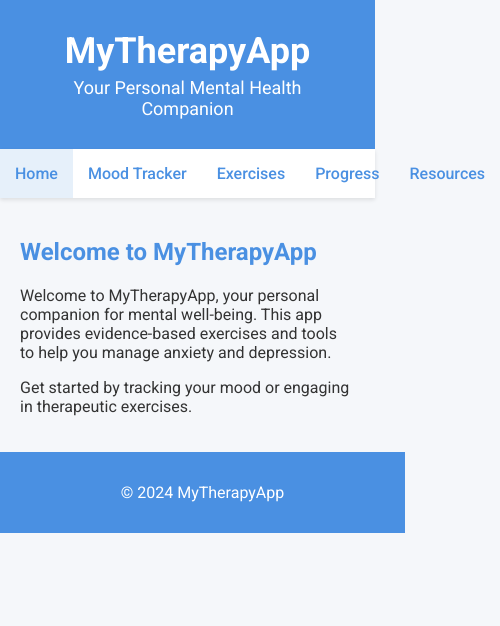
Repository: Abhisach687/therapy_app
Page: index.html
The author's editor kept a copy of each file at every save. The page is drawn from the files as they stood at one save, then again after the next save.
The browser window is 375 px wide. The page is 500 px wide, then 375 px, so the pictures cover 500 px, including what lies to the right of the window. The pictures show the whole page.

Above is the page before, as saved 2024-09-23 09:24:21.

### index.html
<!DOCTYPE html>
<html lang="en">
  <head>
    <meta charset="UTF-8" />
    <title>MyTherapyApp</title>
    <meta name="viewport" content="width=device-width, initial-scale=1.0" />
    <!-- Include Google Fonts -->
    <link
      href="https://fonts.googleapis.com/css?family=Roboto:400,500,700&display=swap"
      rel="stylesheet"
    />
    <!-- Link to CSS -->
    <link rel="stylesheet" href="style.css" />
  </head>
  <body>
    <header>
      <h1>MyTherapyApp</h1>
      <p>Your Personal Mental Health Companion</p>
    </header>

    <nav>
      <ul>
        <li><a href="#" id="homeLink">Home</a></li>
        <li><a href="#" id="moodTrackerLink">Mood Tracker</a></li>
        <li><a href="#" id="exercisesLink">Exercises</a></li>
        <li><a href="#" id="progressLink">Progress</a></li>
        <li><a href="#" id="resourcesLink">Resources</a></li>
      </ul>
    </nav>

    <main id="mainContent">
      <!-- Content will be dynamically loaded here -->
    </main>

    <footer>
      <p>&copy; 2024 MyTherapyApp</p>
    </footer>

    <!-- Link to JavaScript -->
    <script src="script.js"></script>
  </body>
</html>

### style.css
/* style.css */

/* Import Google Font */
@import url("https://fonts.googleapis.com/css?family=Roboto:400,500,700&display=swap");

body {
  margin: 0;
  font-family: "Roboto", sans-serif;
  background-color: #f5f7fa;
  color: #333;
}

header {
  background-color: #4a90e2;
  color: white;
  padding: 30px;
  text-align: center;
}

header h1 {
  margin: 0;
  font-size: 36px;
}

header p {
  margin: 5px 0 0;
  font-size: 18px;
}

nav {
  background-color: #ffffff;
  box-shadow: 0 2px 4px rgba(0, 0, 0, 0.1);
}

nav ul {
  display: flex;
  list-style-type: none;
  margin: 0;
  padding: 0;
}

nav ul li {
  flex: 1;
}

nav ul li a {
  display: block;
  color: #4a90e2;
  text-align: center;
  padding: 15px;
  text-decoration: none;
  font-weight: 500;
}

nav ul li a:hover,
nav ul li a.active {
  background-color: #e6f0fa;
}

main {
  padding: 20px;
  max-width: 800px;
  margin: 0 auto;
}

footer {
  background-color: #4a90e2;
  color: white;
  text-align: center;
  padding: 15px;
  position: relative;
  bottom: 0;
  width: 100%;
}

button {
  background-color: #4a90e2;
  color: white;
  border: none;
  padding: 12px 20px;
  cursor: pointer;
  margin-top: 10px;
  font-size: 16px;
  border-radius: 4px;
}

button:hover {
  background-color: #357ab8;
}

input,
textarea,
select {
  width: 100%;
  padding: 12px;
  margin: 8px 0;
  box-sizing: border-box;
  font-size: 16px;
  border: 1px solid #ccc;
  border-radius: 4px;
}

#entries,
#exerciseContent,
#progressContent {
  margin-top: 20px;
}

.entry {
  background-color: #ffffff;
  padding: 15px;
  margin-bottom: 15px;
  border-radius: 4px;
  border: 1px solid #e0e0e0;
}

h2,
h3 {
  color: #4a90e2;
}

label {
  font-weight: 500;
}

@media screen and (max-width: 600px) {
  nav ul li {
    flex: none;
  }
}

### script.js
/* script.js */

// Navigation Links
const homeLink = document.getElementById("homeLink");
const moodTrackerLink = document.getElementById("moodTrackerLink");
const exercisesLink = document.getElementById("exercisesLink");
const progressLink = document.getElementById("progressLink");
const resourcesLink = document.getElementById("resourcesLink");

// Main Content Area
const mainContent = document.getElementById("mainContent");

// Event Listeners for Navigation
homeLink.addEventListener("click", (e) => {
  e.preventDefault();
  setActiveLink(homeLink);
  loadHome();
});
moodTrackerLink.addEventListener("click", (e) => {
  e.preventDefault();
  setActiveLink(moodTrackerLink);
  loadMoodTracker();
});
exercisesLink.addEventListener("click", (e) => {
  e.preventDefault();
  setActiveLink(exercisesLink);
  loadExercises();
});
progressLink.addEventListener("click", (e) => {
  e.preventDefault();
  setActiveLink(progressLink);
  loadProgress();
});
resourcesLink.addEventListener("click", (e) => {
  e.preventDefault();
  setActiveLink(resourcesLink);
  loadResources();
});

// Load Home Page on Initial Load
window.onload = () => {
  setActiveLink(homeLink);
  loadHome();
};

// Function to set active link
function setActiveLink(activeLink) {
  const navLinks = document.querySelectorAll("nav ul li a");
  navLinks.forEach((link) => link.classList.remove("active"));
  activeLink.classList.add("active");
}

// Load Home Content
function loadHome() {
  mainContent.innerHTML = `
        <h2>Welcome to MyTherapyApp</h2>
        <p>Welcome to MyTherapyApp, your personal companion for mental well-being. This app provides evidence-based exercises and tools to help you manage anxiety and depression.</p>
        <p>Get started by tracking your mood or engaging in therapeutic exercises.</p>
    `;
}

// Load Mood Tracker
function loadMoodTracker() {
  mainContent.innerHTML = `
        <h2>Mood Tracker</h2>
        <form id="moodForm">
            <label for="mood">How are you feeling today?</label>
            <select id="mood" required>
                <option value="">Select your mood</option>
                <option value="5">Very Happy</option>
                <option value="4">Happy</option>
                <option value="3">Neutral</option>
                <option value="2">Sad</option>
                <option value="1">Very Sad</option>
            </select>
            <label for="notes">Notes:</label>
            <textarea id="notes" rows="4" placeholder="Add any notes..."></textarea>
            <button type="submit">Save Entry</button>
        </form>
        <div id="entries"></div>
    `;
  const moodForm = document.getElementById("moodForm");
  moodForm.addEventListener("submit", saveMoodEntry);
  displayMoodEntries();
}

// Save Mood Entry
function saveMoodEntry(e) {
  e.preventDefault();
  const mood = document.getElementById("mood").value;
  const notes = document.getElementById("notes").value;
  const date = new Date().toLocaleDateString();
  let entries = JSON.parse(localStorage.getItem("moodEntries")) || [];
  entries.push({ date, mood, notes });
  localStorage.setItem("moodEntries", JSON.stringify(entries));
  alert("Mood entry saved!");
  loadMoodTracker();
}

// Display Mood Entries
function displayMoodEntries() {
  const entriesDiv = document.getElementById("entries");
  let entries = JSON.parse(localStorage.getItem("moodEntries")) || [];
  if (entries.length === 0) {
    entriesDiv.innerHTML = "<p>No entries yet.</p>";
    return;
  }
  entriesDiv.innerHTML = "<h3>Your Entries:</h3>";
  entries.reverse().forEach((entry) => {
    const entryDiv = document.createElement("div");
    entryDiv.className = "entry";
    entryDiv.innerHTML = `
            <p><strong>Date:</strong> ${entry.date}</p>
            <p><strong>Mood:</strong> ${getMoodText(entry.mood)}</p>
            <p><strong>Notes:</strong> ${entry.notes}</p>
        `;
    entriesDiv.appendChild(entryDiv);
  });
}

// Convert Mood Value to Text
function getMoodText(moodValue) {
  switch (moodValue) {
    case "5":
      return "Very Happy";
    case "4":
      return "Happy";
    case "3":
      return "Neutral";
    case "2":
      return "Sad";
    case "1":
      return "Very Sad";
    default:
      return "";
  }
}

// Load Exercises
function loadExercises() {
  mainContent.innerHTML = `
        <h2>Exercises</h2>
        <p>Select an exercise to begin:</p>
        <ul class="exercise-list">
            <li><button onclick="startCBTExercise()">Cognitive Behavioral Therapy (CBT) Exercise</button></li>
            <li><button onclick="startBAExercise()">Behavioral Activation (BA) Exercise</button></li>
            <li><button onclick="startMIExercise()">Motivational Interviewing (MI) Exercise</button></li>
            <li><button onclick="startPSTExercise()">Problem-Solving Therapy Exercise</button></li>
            <li><button onclick="startSFTExercise()">Solution-Focused Therapy Exercise</button></li>
        </ul>
        <div id="exerciseContent"></div>
    `;
}

// CBT Exercise
function startCBTExercise() {
  const exerciseContent = document.getElementById("exerciseContent");
  exerciseContent.innerHTML = `
        <h3>CBT Thought Record</h3>
        <form id="cbtForm">
            <label for="situation">Situation:</label>
            <textarea id="situation" rows="2" required></textarea>
            <label for="thoughts">Automatic Thoughts:</label>
            <textarea id="thoughts" rows="2" required></textarea>
            <label for="feelings">Feelings:</label>
            <textarea id="feelings" rows="2" required></textarea>
            <label for="challenge">Challenge Negative Thoughts:</label>
            <textarea id="challenge" rows="2" required></textarea>
            <button type="submit">Save Exercise</button>
        </form>
        <div id="cbtEntries"></div>
    `;
  const cbtForm = document.getElementById("cbtForm");
  cbtForm.addEventListener("submit", saveCBTExercise);
  displayCBTEntries();
}

// Save CBT Exercise
function saveCBTExercise(e) {
  e.preventDefault();
  const situation = document.getElementById("situation").value;
  const thoughts = document.getElementById("thoughts").value;
  const feelings = document.getElementById("feelings").value;
  const challenge = document.getElementById("challenge").value;
  const date = new Date().toLocaleDateString();
  let cbtExercises = JSON.parse(localStorage.getItem("cbtExercises")) || [];
  cbtExercises.push({ date, situation, thoughts, feelings, challenge });
  localStorage.setItem("cbtExercises", JSON.stringify(cbtExercises));
  alert("CBT Exercise saved!");
  startCBTExercise();
}

// Display CBT Entries
function displayCBTEntries() {
  const cbtEntriesDiv = document.getElementById("cbtEntries");
  let cbtExercises = JSON.parse(localStorage.getItem("cbtExercises")) || [];
  if (cbtExercises.length === 0) {
    cbtEntriesDiv.innerHTML = "<p>No CBT exercises saved yet.</p>";
    return;
  }
  cbtEntriesDiv.innerHTML = "<h3>Your CBT Exercises:</h3>";
  cbtExercises.reverse().forEach((entry) => {
    const entryDiv = document.createElement("div");
    entryDiv.className = "entry";
    entryDiv.innerHTML = `
            <p><strong>Date:</strong> ${entry.date}</p>
            <p><strong>Situation:</strong> ${entry.situation}</p>
            <p><strong>Automatic Thoughts:</strong> ${entry.thoughts}</p>
            <p><strong>Feelings:</strong> ${entry.feelings}</p>
            <p><strong>Challenge:</strong> ${entry.challenge}</p>
        `;
    cbtEntriesDiv.appendChild(entryDiv);
  });
}

// BA Exercise
function startBAExercise() {
  const exerciseContent = document.getElementById("exerciseContent");
  exerciseContent.innerHTML = `
        <h3>Behavioral Activation Activity Planning</h3>
        <form id="baForm">
            <label for="activity">Activity:</label>
            <input type="text" id="activity" required>
            <label for="date">Scheduled Date:</label>
            <input type="date" id="date" required>
            <button type="submit">Save Activity</button>
        </form>
        <div id="baEntries"></div>
    `;
  const baForm = document.getElementById("baForm");
  baForm.addEventListener("submit", saveBAExercise);
  displayBAEntries();
}

// Save BA Exercise
function saveBAExercise(e) {
  e.preventDefault();
  const activity = document.getElementById("activity").value;
  const date = document.getElementById("date").value;
  let baActivities = JSON.parse(localStorage.getItem("baActivities")) || [];
  baActivities.push({ activity, date });
  localStorage.setItem("baActivities", JSON.stringify(baActivities));
  alert("Activity saved!");
  startBAExercise();
}

// Display BA Entries
function displayBAEntries() {
  const baEntriesDiv = document.getElementById("baEntries");
  let baActivities = JSON.parse(localStorage.getItem("baActivities")) || [];
  if (baActivities.length === 0) {
    baEntriesDiv.innerHTML = "<p>No activities planned yet.</p>";
    return;
  }
  baEntriesDiv.innerHTML = "<h3>Your Planned Activities:</h3>";
  baActivities.reverse().forEach((entry) => {
    const entryDiv = document.createElement("div");
    entryDiv.className = "entry";
    entryDiv.innerHTML = `
            <p><strong>Activity:</strong> ${entry.activity}</p>
            <p><strong>Date:</strong> ${entry.date}</p>
        `;
    baEntriesDiv.appendChild(entryDiv);
  });
}

// MI Exercise
function startMIExercise() {
  const exerciseContent = document.getElementById("exerciseContent");
  exerciseContent.innerHTML = `
        <h3>Motivational Interviewing Goal Setting</h3>
        <form id="miForm">
            <label for="goal">Your Goal:</label>
            <textarea id="goal" rows="2" required></textarea>
            <label for="reasons">Reasons for Change:</label>
            <textarea id="reasons" rows="2" required></textarea>
            <label for="steps">Next Steps:</label>
            <textarea id="steps" rows="2" required></textarea>
            <button type="submit">Save Goal</button>
        </form>
        <div id="miEntries"></div>
    `;
  const miForm = document.getElementById("miForm");
  miForm.addEventListener("submit", saveMIExercise);
  displayMIEntries();
}

// Save MI Exercise
function saveMIExercise(e) {
  e.preventDefault();
  const goal = document.getElementById("goal").value;
  const reasons = document.getElementById("reasons").value;
  const steps = document.getElementById("steps").value;
  const date = new Date().toLocaleDateString();
  let miGoals = JSON.parse(localStorage.getItem("miGoals")) || [];
  miGoals.push({ date, goal, reasons, steps });
  localStorage.setItem("miGoals", JSON.stringify(miGoals));
  alert("Goal saved!");
  startMIExercise();
}

// Display MI Entries
function displayMIEntries() {
  const miEntriesDiv = document.getElementById("miEntries");
  let miGoals = JSON.parse(localStorage.getItem("miGoals")) || [];
  if (miGoals.length === 0) {
    miEntriesDiv.innerHTML = "<p>No goals set yet.</p>";
    return;
  }
  miEntriesDiv.innerHTML = "<h3>Your Goals:</h3>";
  miGoals.reverse().forEach((entry) => {
    const entryDiv = document.createElement("div");
    entryDiv.className = "entry";
    entryDiv.innerHTML = `
            <p><strong>Date:</strong> ${entry.date}</p>
            <p><strong>Goal:</strong> ${entry.goal}</p>
            <p><strong>Reasons:</strong> ${entry.reasons}</p>
            <p><strong>Next Steps:</strong> ${entry.steps}</p>
        `;
    miEntriesDiv.appendChild(entryDiv);
  });
}

// Problem-Solving Therapy Exercise
function startPSTExercise() {
  const exerciseContent = document.getElementById("exerciseContent");
  exerciseContent.innerHTML = `
        <h3>Problem-Solving Exercise</h3>
        <form id="pstForm">
            <label for="problem">Define the Problem:</label>
            <textarea id="problem" rows="2" required></textarea>
            <label for="solutions">Possible Solutions:</label>
            <textarea id="solutions" rows="2" required></textarea>
            <label for="actionPlan">Action Plan:</label>
            <textarea id="actionPlan" rows="2" required></textarea>
            <button type="submit">Save Plan</button>
        </form>
        <div id="pstEntries"></div>
    `;
  const pstForm = document.getElementById("pstForm");
  pstForm.addEventListener("submit", savePSTExercise);
  displayPSTEntries();
}

// Save PST Exercise
function savePSTExercise(e) {
  e.preventDefault();
  const problem = document.getElementById("problem").value;
  const solutions = document.getElementById("solutions").value;
  const actionPlan = document.getElementById("actionPlan").value;
  const date = new Date().toLocaleDateString();
  let pstPlans = JSON.parse(localStorage.getItem("pstPlans")) || [];
  pstPlans.push({ date, problem, solutions, actionPlan });
  localStorage.setItem("pstPlans", JSON.stringify(pstPlans));
  alert("Plan saved!");
  startPSTExercise();
}

// Display PST Entries
function displayPSTEntries() {
  const pstEntriesDiv = document.getElementById("pstEntries");
  let pstPlans = JSON.parse(localStorage.getItem("pstPlans")) || [];
  if (pstPlans.length === 0) {
    pstEntriesDiv.innerHTML = "<p>No problem-solving exercises saved yet.</p>";
    return;
  }
  pstEntriesDiv.innerHTML = "<h3>Your Problem-Solving Exercises:</h3>";
  pstPlans.reverse().forEach((entry) => {
    const entryDiv = document.createElement("div");
    entryDiv.className = "entry";
    entryDiv.innerHTML = `
            <p><strong>Date:</strong> ${entry.date}</p>
            <p><strong>Problem:</strong> ${entry.problem}</p>
            <p><strong>Possible Solutions:</strong> ${entry.solutions}</p>
            <p><strong>Action Plan:</strong> ${entry.actionPlan}</p>
        `;
    pstEntriesDiv.appendChild(entryDiv);
  });
}

// Solution-Focused Therapy Exercise
function startSFTExercise() {
  const exerciseContent = document.getElementById("exerciseContent");
  exerciseContent.innerHTML = `
        <h3>Solution-Focused Exercise</h3>
        <form id="sftForm">
            <label for="miracleQuestion">Miracle Question:</label>
            <textarea id="miracleQuestion" rows="2" required></textarea>
            <label for="exceptions">Exceptions:</label>
            <textarea id="exceptions" rows="2" required></textarea>
            <button type="submit">Save Exercise</button>
        </form>
        <div id="sftEntries"></div>
    `;
  const sftForm = document.getElementById("sftForm");
  sftForm.addEventListener("submit", saveSFTExercise);
  displaySFTEntries();
}

// Save SFT Exercise
function saveSFTExercise(e) {
  e.preventDefault();
  const miracleQuestion = document.getElementById("miracleQuestion").value;
  const exceptions = document.getElementById("exceptions").value;
  const date = new Date().toLocaleDateString();
  let sftExercises = JSON.parse(localStorage.getItem("sftExercises")) || [];
  sftExercises.push({ date, miracleQuestion, exceptions });
  localStorage.setItem("sftExercises", JSON.stringify(sftExercises));
  alert("Solution-Focused Exercise saved!");
  startSFTExercise();
}

// Display SFT Entries
function displaySFTEntries() {
  const sftEntriesDiv = document.getElementById("sftEntries");
  let sftExercises = JSON.parse(localStorage.getItem("sftExercises")) || [];
  if (sftExercises.length === 0) {
    sftEntriesDiv.innerHTML = "<p>No solution-focused exercises saved yet.</p>";
    return;
  }
  sftEntriesDiv.innerHTML = "<h3>Your Solution-Focused Exercises:</h3>";
  sftExercises.reverse().forEach((entry) => {
    const entryDiv = document.createElement("div");
    entryDiv.className = "entry";
    entryDiv.innerHTML = `
            <p><strong>Date:</strong> ${entry.date}</p>
            <p><strong>Miracle Question Response:</strong> ${entry.miracleQuestion}</p>
            <p><strong>Exceptions:</strong> ${entry.exceptions}</p>
        `;
    sftEntriesDiv.appendChild(entryDiv);
  });
}

// Load Progress
function loadProgress() {
  mainContent.innerHTML = `
        <h2>Your Progress</h2>
        <div id="progressContent"></div>
    `;
  displayProgress();
}

// Display Progress Data
function displayProgress() {
  const progressContent = document.getElementById("progressContent");
  // Display Mood Entries
  let entries = JSON.parse(localStorage.getItem("moodEntries")) || [];
  if (entries.length > 0) {
    progressContent.innerHTML += "<h3>Mood Tracker Entries:</h3>";
    entries.reverse().forEach((entry) => {
      progressContent.innerHTML += `
                <p><strong>Date:</strong> ${
                  entry.date
                } - <strong>Mood:</strong> ${getMoodText(entry.mood)}</p>
            `;
    });
  } else {
    progressContent.innerHTML += "<p>No mood entries yet.</p>";
  }
  // Display other exercises counts
  let cbtExercises = JSON.parse(localStorage.getItem("cbtExercises")) || [];
  let baActivities = JSON.parse(localStorage.getItem("baActivities")) || [];
  let miGoals = JSON.parse(localStorage.getItem("miGoals")) || [];
  let pstPlans = JSON.parse(localStorage.getItem("pstPlans")) || [];
  let sftExercises = JSON.parse(localStorage.getItem("sftExercises")) || [];

  progressContent.innerHTML += `
        <h3>Exercises Completed:</h3>
        <p><strong>CBT Exercises:</strong> ${cbtExercises.length}</p>
        <p><strong>BA Activities:</strong> ${baActivities.length}</p>
        <p><strong>MI Goals:</strong> ${miGoals.length}</p>
        <p><strong>PST Exercises:</strong> ${pstPlans.length}</p>
        <p><strong>SFT Exercises:</strong> ${sftExercises.length}</p>
    `;
}

// Load Resources
function loadResources() {
  mainContent.innerHTML = `
        <h2>Resources</h2>
        <p>Here are some helpful resources for managing anxiety and depression:</p>
        <ul>
            <li><a href="https://www.nimh.nih.gov/health/topics/anxiety-disorders/index.shtml" target="_blank">Anxiety Disorders - National Institute of Mental Health</a></li>
            <li><a href="https://www.nimh.nih.gov/health/topics/depression/index.shtml" target="_blank">Depression - National Institute of Mental Health</a></li>
            <li><a href="https://www.mind.org.uk/" target="_blank">Mind - For Better Mental Health</a></li>
            <li><a href="https://www.psychologytools.com/" target="_blank">Psychology Tools - Free CBT Worksheets</a></li>
        </ul>
    `;
}

After the next save:
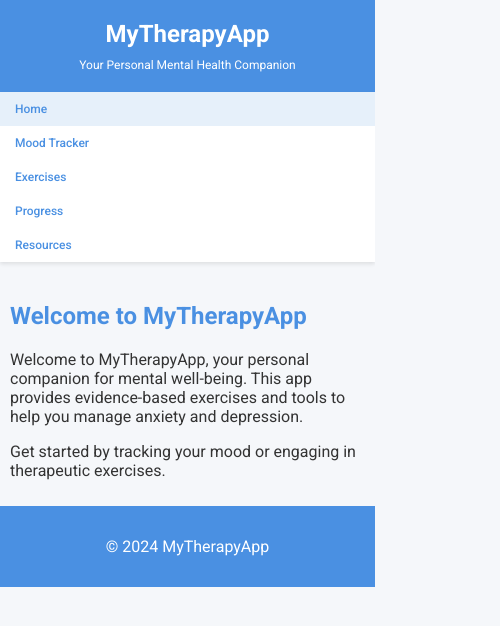
Saved 44 min 32 s later.
--- a/style.css
+++ b/style.css
@@ -10,21 +10,26 @@ body {
   color: #333;
 }
 
+/* Reset styles for consistent appearance */
+* {
+  box-sizing: border-box;
+}
+
 header {
   background-color: #4a90e2;
   color: white;
-  padding: 30px;
+  padding: 30px 20px;
   text-align: center;
 }
 
 header h1 {
   margin: 0;
-  font-size: 36px;
+  font-size: 32px;
 }
 
 header p {
-  margin: 5px 0 0;
-  font-size: 18px;
+  margin: 10px 0 0;
+  font-size: 16px;
 }
 
 nav {
@@ -34,6 +39,7 @@ nav {
 
 nav ul {
   display: flex;
+  flex-wrap: wrap;
   list-style-type: none;
   margin: 0;
   padding: 0;
@@ -82,6 +88,7 @@ button {
   margin-top: 10px;
   font-size: 16px;
   border-radius: 4px;
+  width: 100%;
 }
 
 button:hover {
@@ -94,7 +101,6 @@ select {
   width: 100%;
   padding: 12px;
   margin: 8px 0;
-  box-sizing: border-box;
   font-size: 16px;
   border: 1px solid #ccc;
   border-radius: 4px;
@@ -117,14 +123,109 @@ select {
 h2,
 h3 {
   color: #4a90e2;
+  margin-top: 30px;
 }
 
 label {
   font-weight: 500;
 }
 
+ul.exercise-list {
+  list-style-type: none;
+  padding: 0;
+}
+
+ul.exercise-list li {
+  margin-bottom: 10px;
+}
+
+ul.exercise-list li button {
+  width: 100%;
+}
+
+/* Responsive Styles */
+@media screen and (max-width: 768px) {
+  header h1 {
+    font-size: 28px;
+  }
+
+  header p {
+    font-size: 14px;
+  }
+
+  nav ul li a {
+    padding: 12px;
+    font-size: 14px;
+  }
+
+  button {
+    font-size: 14px;
+    padding: 10px;
+  }
+
+  input,
+  textarea,
+  select {
+    font-size: 14px;
+    padding: 10px;
+  }
+
+  main {
+    padding: 15px;
+  }
+}
+
 @media screen and (max-width: 600px) {
+  nav ul {
+    flex-direction: column;
+  }
+
   nav ul li {
     flex: none;
-  }
-}
+    width: 100%;
+  }
+
+  nav ul li a {
+    text-align: left;
+    padding-left: 20px;
+  }
+
+  header {
+    padding: 20px 15px;
+  }
+
+  main {
+    padding: 10px;
+  }
+}
+
+@media screen and (max-width: 400px) {
+  header h1 {
+    font-size: 24px;
+  }
+
+  header p {
+    font-size: 12px;
+  }
+
+  nav ul li a {
+    font-size: 12px;
+    padding: 10px 15px;
+  }
+
+  button {
+    font-size: 14px;
+    padding: 10px;
+  }
+
+  input,
+  textarea,
+  select {
+    font-size: 14px;
+    padding: 8px;
+  }
+
+  label {
+    font-size: 14px;
+  }
+}
